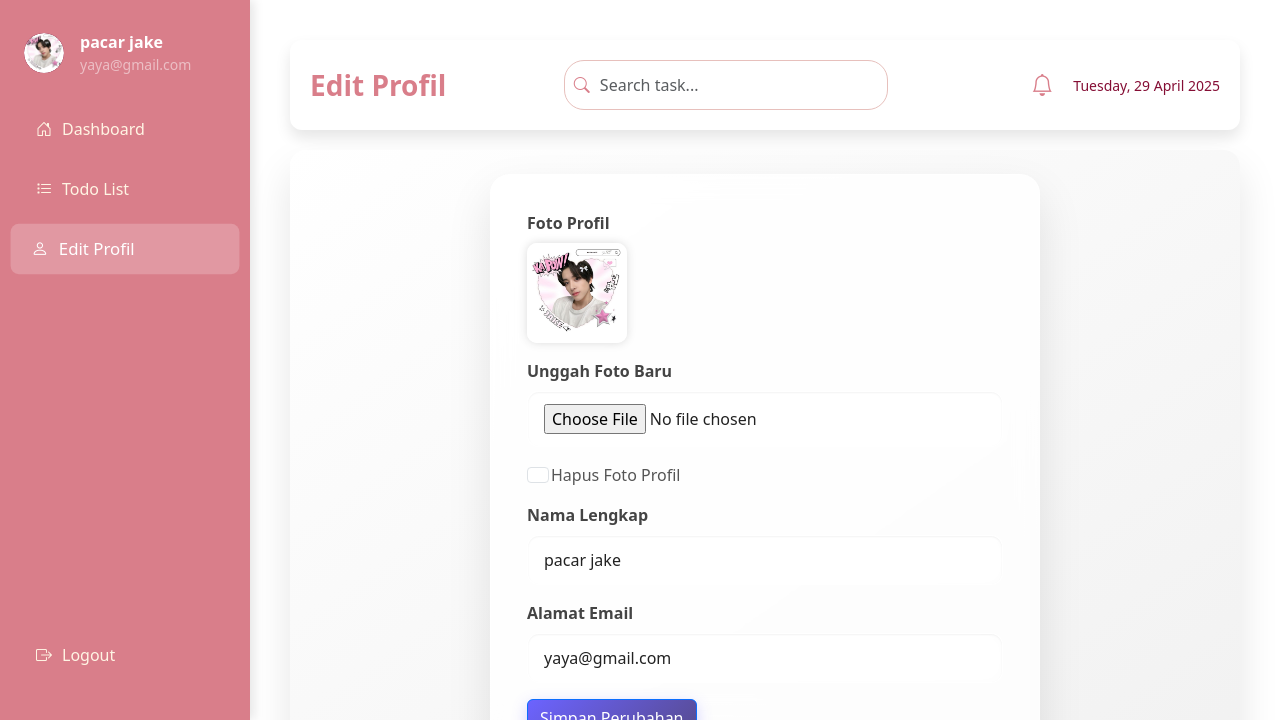
Repository: zhr-nabila/FloTime
Page: http://localhost/profile.php
These files come from the project's save history. The page is drawn as it stood at one moment and after the next save; the edit follows.
The browser window is 1280 px wide. The pictures show the whole page.
An inner scrolling area shows only its first screen. The page is run by PHP 8.4 with error messages shown; the project is at /var/www/html/. The session is filled in as if someone had signed in: {"email": "yaya@gmail.com", "status": "login", "user_id": 2}. Other server files are loaded and not shown. The database holds what the project's SQL file puts in it.

Above is the page before, as saved 2025-04-30 22:46:14.

### profile.php
<?php
session_start();
include 'koneksi.php';

if (!isset($_SESSION['email'])) {
    header("Location: login.php");
    exit;
}

$email = $_SESSION['email'];
$activePage = 'profile';

// Ambil data user
$query = mysqli_query($conn, "SELECT * FROM users WHERE email = '$email'");
$user = mysqli_fetch_assoc($query);

// Proses update
if ($_SERVER["REQUEST_METHOD"] == "POST") {
    $new_name = mysqli_real_escape_string($conn, $_POST['name']);
    $new_email = mysqli_real_escape_string($conn, $_POST['email']);
    $photo_name = $user['photo']; // default photo lama

    // Upload foto jika ada
    if (isset($_FILES['photo']) && $_FILES['photo']['error'] == 0) {
        $allowed = ['jpg', 'jpeg', 'png', 'gif'];
        $ext = strtolower(pathinfo($_FILES['photo']['name'], PATHINFO_EXTENSION));
        if (in_array($ext, $allowed)) {
            $filename = uniqid() . '.' . $ext;
            move_uploaded_file($_FILES['photo']['tmp_name'], 'uploads/' . $filename);
            // Hapus file lama
            if ($user['photo'] && file_exists('uploads/' . $user['photo'])) {
                unlink('uploads/' . $user['photo']);
            }
            $photo_name = $filename;
        }
    }

    // Hapus foto jika dipilih
    if (isset($_POST['delete_photo']) && $user['photo']) {
        if (file_exists('uploads/' . $user['photo'])) {
            unlink('uploads/' . $user['photo']);
        }
        $photo_name = null;
    }

    $update = mysqli_query($conn, "UPDATE users SET name='$new_name', email='$new_email', photo=" . ($photo_name ? "'$photo_name'" : "NULL") . " WHERE email='$email'");

    if ($update) {
        $_SESSION['email'] = $new_email;
        header("Location: profile.php");
        exit;
    } else {
        $error = "Gagal memperbarui profil.";
    }
}
?>

<!DOCTYPE html>
<html lang="id">

<head>
    <meta charset="UTF-8">
    <title>Edit Profil</title>
    <link rel="stylesheet" href="css/style.css">
    <link rel="stylesheet" href="css/profile.css">
    <link href="https://cdn.jsdelivr.net/npm/bootstrap@5.3.3/dist/css/bootstrap.min.css" rel="stylesheet">
    <link href="https://cdn.jsdelivr.net/npm/bootstrap-icons@1.10.5/font/bootstrap-icons.css" rel="stylesheet">
</head>

<body>

    <?php include 'includes/sidebar.php'; ?>

    <div class="main-content">
        <?php
        $pageTitle = "Edit Profil";
        include 'includes/topbar.php';
        ?>
        <div class="content p-4">
            <form method="POST" enctype="multipart/form-data" class="form-profile">
                <div class="mb-3">
                    <label class="form-label">Foto Profil</label><br>
                    <?php if ($user['photo']) : ?>
                        <img src="uploads/<?= htmlspecialchars($user['photo']) ?>" alt="Foto" class="photo-user" style="max-height: 150px; border-radius: 10px;">
                    <?php else : ?>
                        <div class="user-avatar-lg">
                            <?= strtoupper(substr($user['name'] ?: $user['email'], 0, 1)) ?>
                        </div>
                    <?php endif; ?>
                </div>

                <div class="mb-3">
                    <label for="photo" class="form-label">Unggah Foto Baru</label>
                    <input type="file" name="photo" id="photo" class="input-profile">
                </div>

                <?php if ($user['photo']) : ?>
                    <div class="mb-3 form-check">
                        <input class="form-check-input" type="checkbox" name="delete_photo" id="delete_photo">
                        <label class="form-check-label" for="delete_photo">Hapus Foto Profil</label>
                    </div>
                <?php endif; ?>

                <div class="mb-3">
                    <label for="name" class="form-label">Nama Lengkap</label>
                    <input type="text" name="name" id="name" class="input-profile" value="<?= htmlspecialchars($user['name']) ?>" required>
                </div>

                <div class="mb-3">
                    <label for="email" class="form-label">Alamat Email</label>
                    <input type="email" name="email" id="email" class="input-profile" value="<?= htmlspecialchars($user['email']) ?>" required>
                </div>

                <?php if (isset($error)) : ?>
                    <div class="alert alert-danger"><?= $error ?></div>
                <?php endif; ?>

                <button type="submit" class="btn btn-primary">Simpan Perubahan</button>
            </form>
        </div>
    </div>
</body>

</html>

### koneksi.php
<?php
$host = "localhost";
$user = "root";
$pass = "";
$db = "todolist";

$conn = mysqli_connect($host, $user, $pass, $db);

if (!$conn) {
    die("Koneksi gagal: " . mysqli_connect_error());
}

### includes/sidebar.php
<?php
if (!isset($_SESSION)) session_start();
include_once 'koneksi.php';

$email = $_SESSION['email'] ?? '';

// Ambil data user
$query = mysqli_query($conn, "SELECT * FROM users WHERE email = '$email'");
$user = mysqli_fetch_assoc($query);

// Ambil nama dan foto
$name = $user['name'] ?? '';
$avatar = $user['photo'] ?? null; // GUNAKAN 'photo' bukan 'avatar'

// Ambil inisial dari nama jika ada, kalau tidak dari email
$display_name = $name ?: $email;
$initial = strtoupper(substr($display_name, 0, 1));
?>

<div class="sidebar d-flex flex-column">
    <div class="px-4 d-flex align-items-center mb-4">
        <div class="user-avatar">
            <?php if ($avatar && file_exists("uploads/$avatar")): ?>
                <img src="uploads/<?= htmlspecialchars($avatar) ?>" alt="Avatar">
            <?php else: ?>
                <?= $initial ?>
            <?php endif; ?>
        </div>
        <div class="ms-3">
            <div class="fw-semibold"><?= htmlspecialchars($name ?: 'User') ?></div>
            <div class="small text-white-50"><?= htmlspecialchars($email) ?></div>
        </div>
    </div>
    <nav class="nav flex-column px-3">
        <a class="nav-link <?= ($activePage == 'dashboard') ? 'active' : '' ?>" href="dashboard.php">
            <i class="bi bi-house-door"></i> Dashboard
        </a>
        <a class="nav-link <?= ($activePage == 'todo') ? 'active' : '' ?>" href="todo.php">
            <i class="bi bi-list-task"></i> Todo List
        </a>
        <a class="nav-link <?= ($activePage == 'profile') ? 'active' : '' ?>" href="profile.php">
            <i class="bi bi-person"></i> Edit Profil
        </a>
        <a class="nav-link logout" href="logout.php">
            <i class="bi bi-box-arrow-right"></i> Logout
        </a>
    </nav>
</div>

### includes/topbar.php
<div class="header">
    <div class="title"><?= isset($pageTitle) ? htmlspecialchars($pageTitle) : 'Untitled'; ?></div>
    <div class="search-bar">
        <form method="GET" action="todo.php" class="d-flex">
            <input type="text" name="search" class="form-control" placeholder="Search task..." value="<?= isset($_GET['search']) ? htmlspecialchars($_GET['search']) : '' ?>">
            <button type="submit" class="btn"><i class="bi bi-search"></i></button>
        </form>
    </div>

    <div class="notifications">
        <i class="bi bi-bell"></i>
        <div class="date"><?= date('l, d F Y') ?></div>
    </div>
</div>

### css/style.css
@import url('https://fonts.googleapis.com/css2?family=Poppins:wght@500&display=swap');

:root {
    --c0: #ffffff;
    --c1: #E3919F;
    --c2: #E7C0BC;
    --c3: #370808;
    --c4: #D97E8A;
    --c5: #EC9FAB;
    --c6: #000000;
    /* gradient */
    --c7: #850e35;
    --c8: #ee6983;
    --c9: #ffc4c4;
    --c10: #fff5e4;
    --c11: #d1d5db;
}


*:not(input):not(textarea):not([contenteditable="true"]) {
    caret-color: transparent !important;
}

input,
textarea,
[contenteditable="true"] {
    caret-color: auto;
    outline: none;
    padding: 6px 10px;
    border-radius: 5px;
    transition: border 0.2s ease;
}

body {
    background: #f5f8fa;
    font-family: 'Segoe UI', sans-serif;
    margin: 0;
    padding: 0;
    overflow: hidden;
}

html,
body {
    height: 100%;
}


::-webkit-scrollbar {
    display: none;
}

.main-content {
    margin-left: 250px;
    padding: 40px;
    height: 100vh;
    overflow-y: auto;
}


.sidebar {
    height: 100vh;
    background: var(--c4);
    color: var(--c0);
    padding-top: 30px;
    position: fixed;
    width: 250px;
    transition: all 0.3s;
    box-shadow: 4px 0 10px rgba(0, 0, 0, 0.1);
}

.sidebar .nav-link {
    color: var(--c10);
    padding: 12px 20px;
    margin: 6px 0;
    border-radius: 8px;
    display: flex;
    align-items: center;
    gap: 10px;
    transition: all 0.3s ease;
    font-size: 16px;
}

.sidebar .nav-link:hover,
.sidebar .nav-link.active {
    background-color: rgba(255, 255, 255, 0.2);
    color: var(--c0);
    transform: scale(1.05);
}

.sidebar .nav-link.logout {
    color: var(--c10);
    padding: 12px 20px;
    margin: 22rem 0;
    border-radius: 8px;
    display: flex;
    align-items: center;
    gap: 10px;
    transition: all 0.3s ease;
    font-size: 16px;
}

.sidebar .nav-link.logout:hover {
    background-color: rgba(255, 255, 255, 0.2);
    color: var(--c0);
    transform: scale(1.05);
}

.main-content {
    margin-left: 250px;
    padding: 40px;
}

.header {
    display: flex;
    justify-content: space-between;
    align-items: center;
    padding: 20px;
    background: var(--c0);
    border-radius: 12px;
    box-shadow: 0 8px 15px rgba(0, 0, 0, 0.1);
    margin-bottom: 20px;
}

.header .title {
    font-size: 28px;
    font-weight: bold;
    color: var(--c4);
}

.header .search-bar {
    position: relative;
    width: 350px;
}

.header .search-bar input {
    width: 100%;
    padding: 12px 40px 12px 35px;
    border-radius: 20px;
    border: 1px solid var(--c2);
    font-size: 16px;
    transition: border 0.3s;
}

.header .search-bar input:focus {
    border: 1px solid var(--c4);
    outline: none;
}

.header .search-bar i {
    position: absolute;
    top: 50%;
    left: 10px;
    transform: translateY(-50%);
    color: var(--c4);
}

.header .notifications {
    display: flex;
    align-items: center;
    gap: 20px;
}

.header .notifications .bi {
    font-size: 22px;
    cursor: pointer;
    color: var(--c4);
    transition: color 0.3s;
}

.header .notifications .bi:hover {
    color: var(--c7);
}

.card-welcome {
    background: linear-gradient(135deg, var(--c9), var(--c10));
    border-radius: 10px 60px 30px;
    box-shadow: 0 15px 30px rgba(0, 0, 0, 0.1);
    padding: 30px;
    animation: fadeIn 0.6s ease;
    margin-bottom: 30px;
    color: var(--c7);
    border: none;
}

.user-avatar {
    width: 40px;
    height: 40px;
    border-radius: 50%;
    background-color: var(--c7);
    color: var(--c0);
    display: flex;
    align-items: center;
    justify-content: center;
    font-weight: bold;
    font-size: 18px;
    overflow: hidden;
    flex-shrink: 0;
}

.user-avatar img {
    width: 100%;
    height: 100%;
    object-fit: cover;
    border-radius: 50%;
    display: block;
}
.user-avatar {
    width: 40px;
    height: 40px;
    border-radius: 50%;
    background-color: var(--c7);
    color: var(--c0);
    display: flex;
    align-items: center;
    justify-content: center;
    font-weight: bold;
    font-size: 18px;
    overflow: hidden;
    flex-shrink: 0;
}

.user-avatar img {
    width: 100%;
    height: 100%;
    object-fit: cover;
    border-radius: 50%;
    display: block;
}


.date {
    font-size: 14px;
    color: var(--c7);
}

@keyframes fadeIn {
    from {
        opacity: 0;
        transform: translateY(20px);
    }

    to {
        opacity: 1;
        transform: translateY(0);
    }
}

/* Mobile Responsiveness */
@media (max-width: 768px) {
    .sidebar {
        width: 200px;
    }

    .main-content {
        margin-left: 200px;
    }

    .header .title {
        font-size: 24px;
    }

    .header .search-bar {
        width: 250px;
    }
}

/* todo */

.container {
    animation: fadeIn 0.6s ease;
}

.premium-form {
    background-color: var(--c9);
    border: 2px solid var(--c2);
    border-radius: 12px;
}

.btn-gradient {
    background-color: var(--c7);
    color: white;
    border: none;
    transition: 0.3s ease;
    border-radius: 10px;
    padding: 10px;
}

.btn-gradient:hover {
    transform: scale(1.02);
    background-color: var(--c8);
    color: var(--c0);
    box-shadow: 0 4px 8px rgba(0, 0, 0, 0.15);
}

.form-control-sm {
    font-size: 14px;
    padding: 0.8rem 1rem;
    border: none;
}

.form-label {
    color: var(--c7);
}

.premium-table th {
    font-weight: 600;
    background-color: var(--c9);
    color: var(--c7);
}

.premium-table td {
    vertical-align: middle;
    padding-top: 16px;
    padding-bottom: 16px;
    font-size: 15px;
}

.table-hover tbody tr:hover {
    background-color: #fdf2f2;
    transition: 0.3s;
}

.table td,
.table th {
    text-align: center;
}

.btn-icon {
    width: 38px;
    height: 38px;
    padding: 0;
    border-radius: 50%;
    display: inline-flex;
    align-items: center;
    justify-content: center;
    font-size: 1.1rem;
    transition: all 0.3s ease-in-out;
}

.btn-icon:hover {
    box-shadow: 0 0 10px rgba(100, 180, 255, 0.4);
    transform: scale(1.08);
}

### css/profile.css
body {
    background-color: #f0f2f5;
    font-family: 'Segoe UI', Tahoma, Geneva, Verdana, sans-serif;
    color: #333;
}

.container-fluid {
    min-height: 100vh;
}

.content {
    flex-grow: 1;
    background: linear-gradient(145deg, #ffffff, #f1f1f1);
    border-radius: 16px;
    box-shadow: 0 20px 40px rgba(0, 0, 0, 0.1);
    padding: 40px;
    border: none;
}

.form-profile {
    max-width: 550px;
    margin: 0 auto;
    background: rgba(255, 255, 255, 0.75);
    padding: 30px;
    border-radius: 20px;
    box-shadow: 0 10px 25px rgba(0, 0, 0, 0.08);
    backdrop-filter: blur(10px);
    border: 1px solid rgba(255, 255, 255, 0.2);
}

.form-label {
    font-weight: 600;
    color: #444;
}

.input-profile {
    width: 100%;
    background: rgba(255, 255, 255, 0.2);
    border: 1px solid rgba(255, 255, 255, 0.3);
    padding: 12px 16px;
    font-size: 16px;
    font-weight: 500;
    color: #222;
    border-radius: 12px;
    outline: none;
    transition: 0.3s ease;
    backdrop-filter: blur(10px);
    box-shadow: inset 0 1px 2px rgba(0, 0, 0, 0.05);
}

.input-profile:focus {
    background: rgba(255, 255, 255, 0.4);
    border-color: #6c63ff;
    box-shadow: 0 0 0 0.2rem rgba(108, 99, 255, 0.15);
    color: #000;
}

/* Button premium */
.btn-primary {
    background: linear-gradient(to right, #6c63ff, #7d5fff);
    border: none;
    color: #fff;
    padding: 12px 28px;
    font-size: 16px;
    font-weight: 600;
    border-radius: 12px;
    transition: all 0.3s ease;
    box-shadow: 0 8px 24px rgba(108, 99, 255, 0.25);
}

.btn-primary:hover {
    background: linear-gradient(to right, #574b90, #6c63ff);
    box-shadow: 0 10px 30px rgba(108, 99, 255, 0.4);
}

/* Form box */
.form-profile {
    max-width: 550px;
    margin: 0 auto;
    background: rgba(255, 255, 255, 0.8);
    padding: 36px;
    border-radius: 20px;
    backdrop-filter: blur(12px);
    box-shadow: 0 20px 45px rgba(0, 0, 0, 0.1);
    border: 1px solid rgba(255, 255, 255, 0.4);
}

/* Avatar */
.photo-user, .user-avatar-lg {
    width: 100px;
    height: 100px;
    object-fit: cover;
    border-radius: 100%;
    box-shadow: 0 5px 15px rgba(0, 0, 0, 0.1);
    border: 3px solid #fff;
}

.user-avatar-lg {
    background: linear-gradient(to right, #6c63ff, #7d5fff);
    color: #fff;
    font-size: 36px;
    font-weight: bold;
    display: flex;
    align-items: center;
    justify-content: center;
}

/* Label */
.form-label {
    font-weight: 600;
    color: #444;
    margin-bottom: 6px;
}


.btn-primary {
    background: linear-gradient(135deg, #6c63ff, #574b90);
    border: none;
    padding: 10px 20px;
    font-weight: 600;
    border-radius: 8px;
    transition: 0.3s ease;
    box-shadow: 0 5px 15px rgba(108, 99, 255, 0.3);
}

.btn-primary:hover {
    background: linear-gradient(135deg, #574b90, #6c63ff);
    box-shadow: 0 7px 20px rgba(108, 99, 255, 0.5);
}

.photo-user {
    width: 100px;
    height: 100px;
    object-fit: cover;
    border-radius: 100%;
    box-shadow: 0 0 10px rgba(0, 0, 0, 0.15);
    border: 3px solid #fff;
}

.user-avatar-lg {
    width: 100px;
    height: 100px;
    background-color: #6c63ff;
    color: #fff;
    font-size: 36px;
    font-weight: bold;
    border-radius: 50%;
    display: flex;
    align-items: center;
    justify-content: center;
    box-shadow: 0 0 10px rgba(0, 0, 0, 0.15);
}

.form-check-label {
    font-weight: 500;
    color: #555;
}

### todolist.sql (the tables this page reads)
CREATE TABLE `users` (
  `id` int(11) NOT NULL,
  `email` varchar(255) NOT NULL,
  `name` varchar(100) DEFAULT NULL,
  `password` varchar(255) NOT NULL,
  `photo` varchar(255) DEFAULT NULL
) ENGINE=InnoDB DEFAULT CHARSET=utf8mb4 COLLATE=utf8mb4_general_ci;

INSERT INTO `users` (`id`, `email`, `name`, `password`, `photo`) VALUES
(2, 'yaya@gmail.com', 'pacar jake', '1234', '682bf641de05a.jpeg');

ALTER TABLE `users`
  ADD PRIMARY KEY (`id`),
  ADD UNIQUE KEY `email` (`email`);

ALTER TABLE `users`
  MODIFY `id` int(11) NOT NULL AUTO_INCREMENT, AUTO_INCREMENT=4;

After the next save:
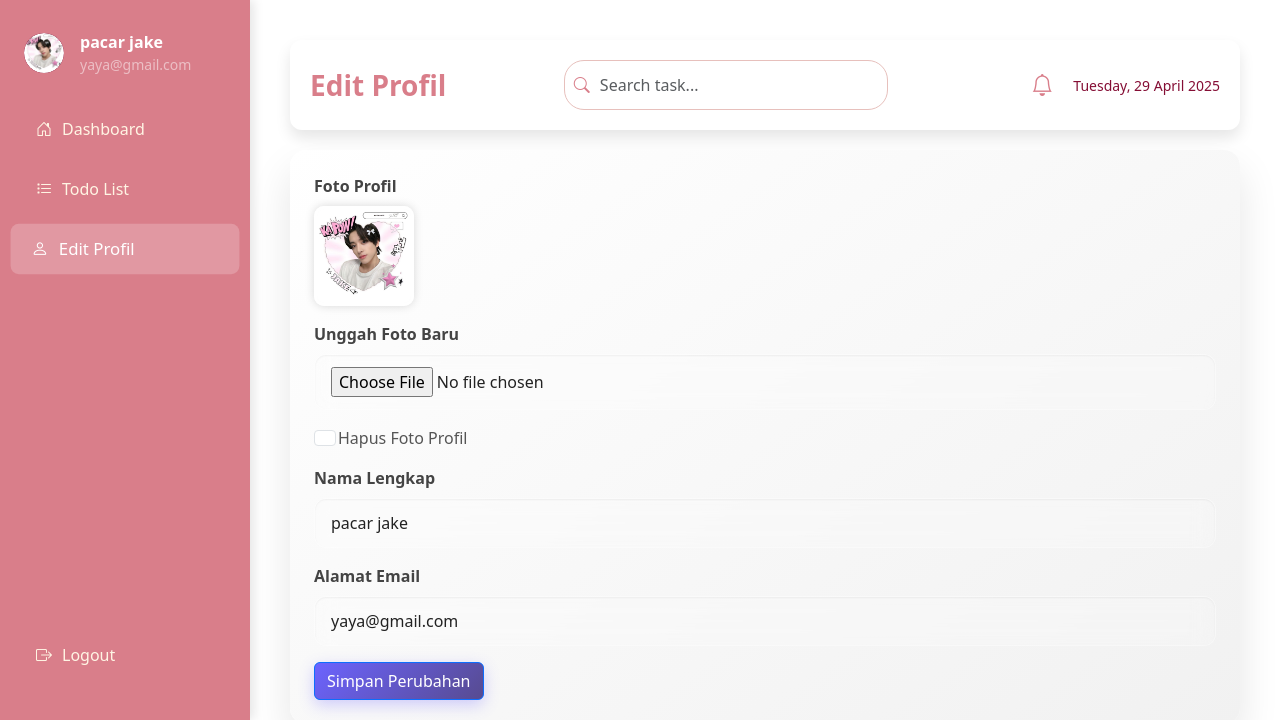
Saved 75 s later.
--- a/profile.php
+++ b/profile.php
@@ -77,7 +77,7 @@
         include 'includes/topbar.php';
         ?>
         <div class="content p-4">
-            <form method="POST" enctype="multipart/form-data" class="form-profile">
+            <form method="POST" enctype="multipart/form-data">
                 <div class="mb-3">
                     <label class="form-label">Foto Profil</label><br>
                     <?php if ($user['photo']) : ?>

After the 4 saves that followed:
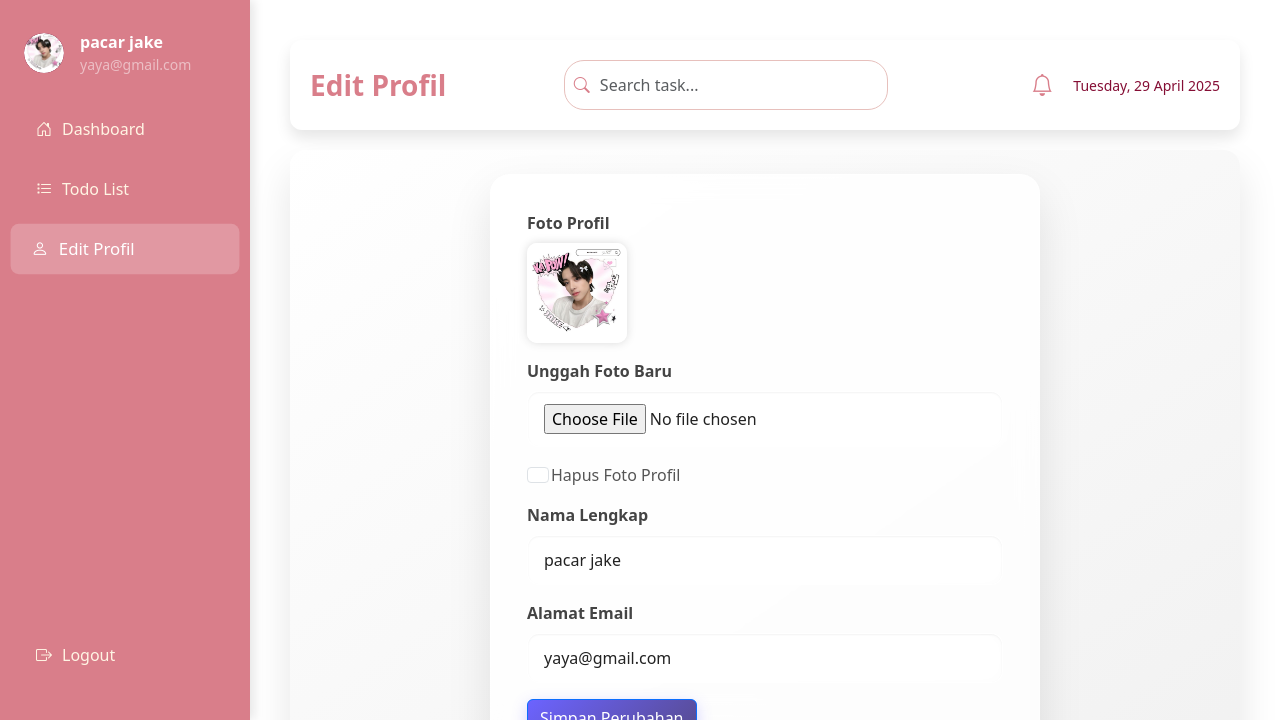
The 4 saves are shown as one change because 3 left the picture as it was.
The last was saved 56 s later.
--- a/profile.php
+++ b/profile.php
@@ -77,7 +77,7 @@
         include 'includes/topbar.php';
         ?>
         <div class="content p-4">
-            <form method="POST" enctype="multipart/form-data">
+            <form method="POST" enctype="multipart/form-data" class="form-profile">
                 <div class="mb-3">
                     <label class="form-label">Foto Profil</label><br>
                     <?php if ($user['photo']) : ?>
--- a/css/profile.css
+++ b/css/profile.css
@@ -17,7 +17,7 @@ body {
     border: none;
 }
 
-.form-profile {
+/* .form-profile {
     max-width: 550px;
     margin: 0 auto;
     background: rgba(255, 255, 255, 0.75);
@@ -26,7 +26,7 @@ body {
     box-shadow: 0 10px 25px rgba(0, 0, 0, 0.08);
     backdrop-filter: blur(10px);
     border: 1px solid rgba(255, 255, 255, 0.2);
-}
+} */
 
 .form-label {
     font-weight: 600;
